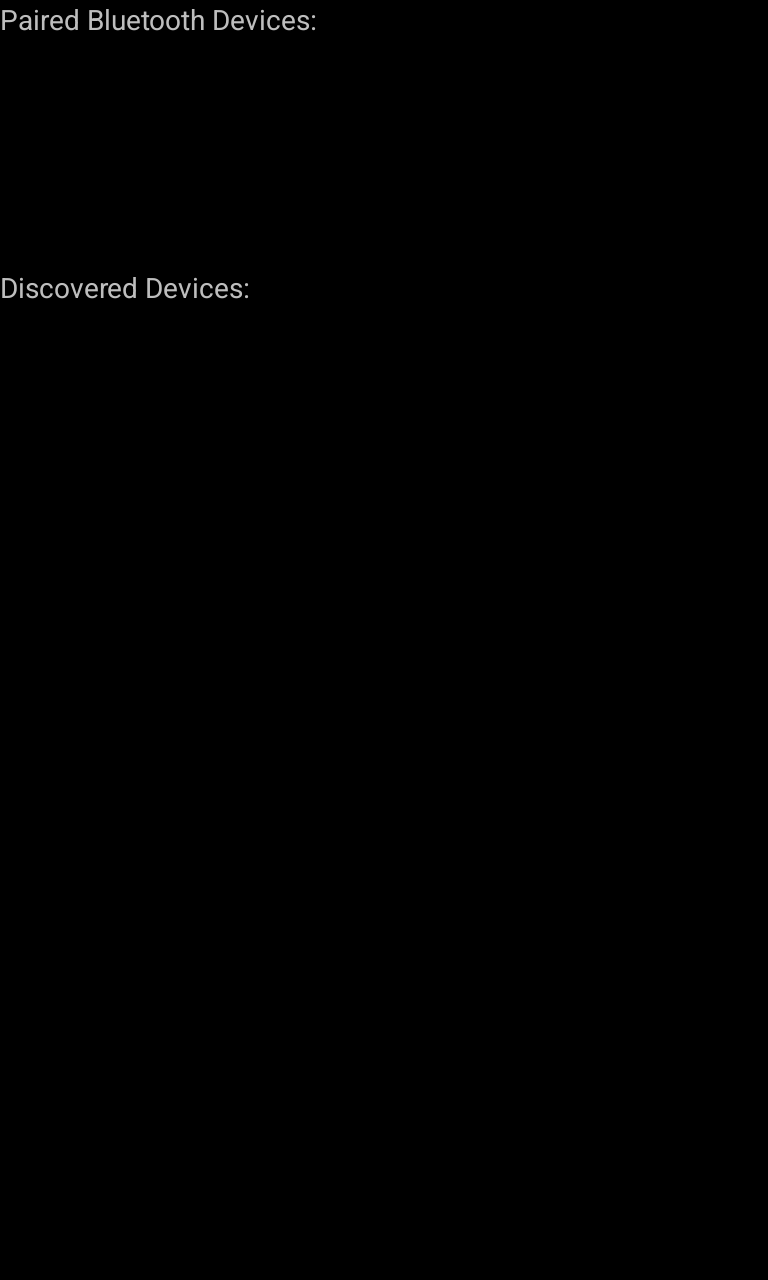
Repository: itayrom/androtux
Layout: app/AndroTux/res/layout/fragment_settings.xml
An editor plug-in stored every save of this project. The layout is shown before and after the next save, followed by the edit.
It is drawn on a 768 x 1280 px phone screen (xhdpi) without system bars, with theme android:Theme.NoTitleBar.Fullscreen; the app's code is not run. Lists and similar views that code fills are empty.

Above is the layout before, as saved 2014-09-04 23:03:37.

After the next save:
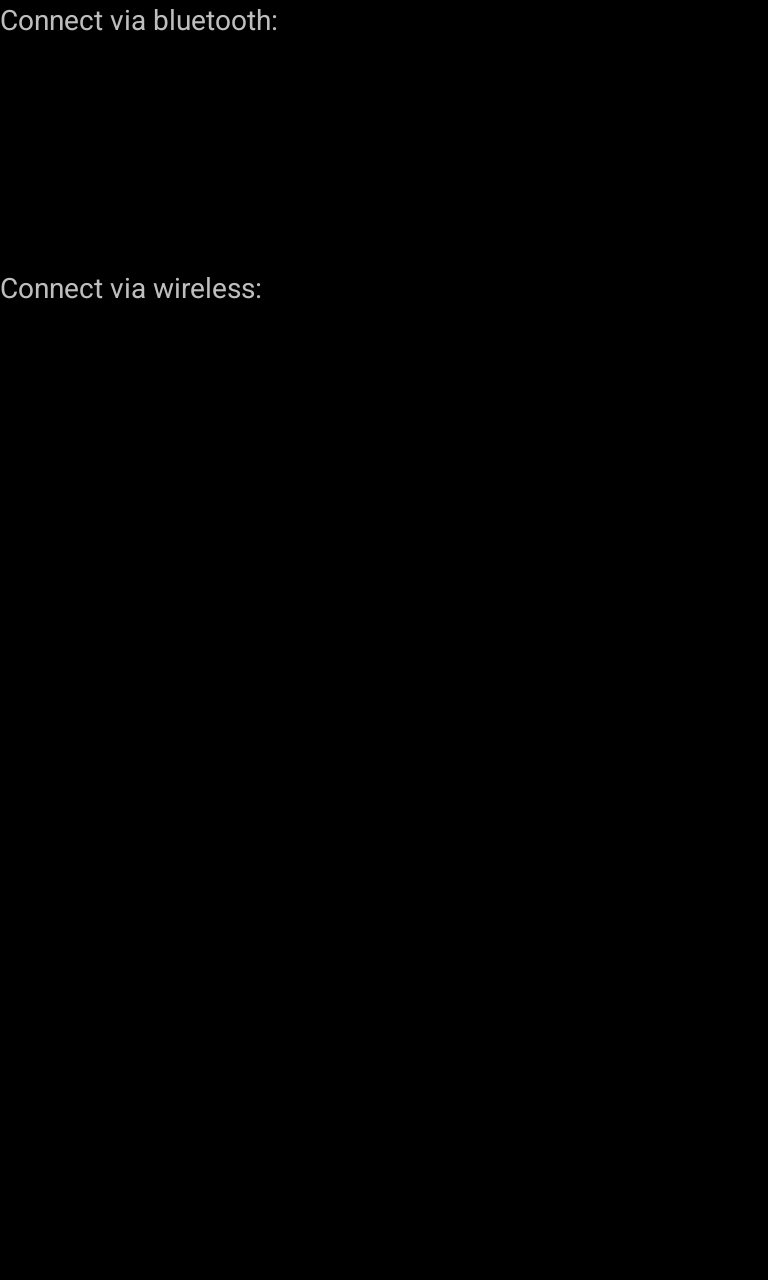
Saved 29 s later.
--- a/app/AndroTux/res/layout/fragment_settings.xml
+++ b/app/AndroTux/res/layout/fragment_settings.xml
@@ -23,7 +23,7 @@
     <TextView
         android:layout_width="fill_parent"
         android:layout_height="wrap_content"
-        android:text="Paired Bluetooth Devices:"/>
+        android:text="Connect via bluetooth:"/>
 
     <ListView
         android:id="@+id/lvPaired"
@@ -35,6 +35,6 @@
         android:layout_width="fill_parent"
         android:layout_height="wrap_content"
         android:layout_marginTop="15dp"
-        android:text="Discovered Devices:"/>
+        android:text="Connect via wireless:"/>
 
 </LinearLayout>
